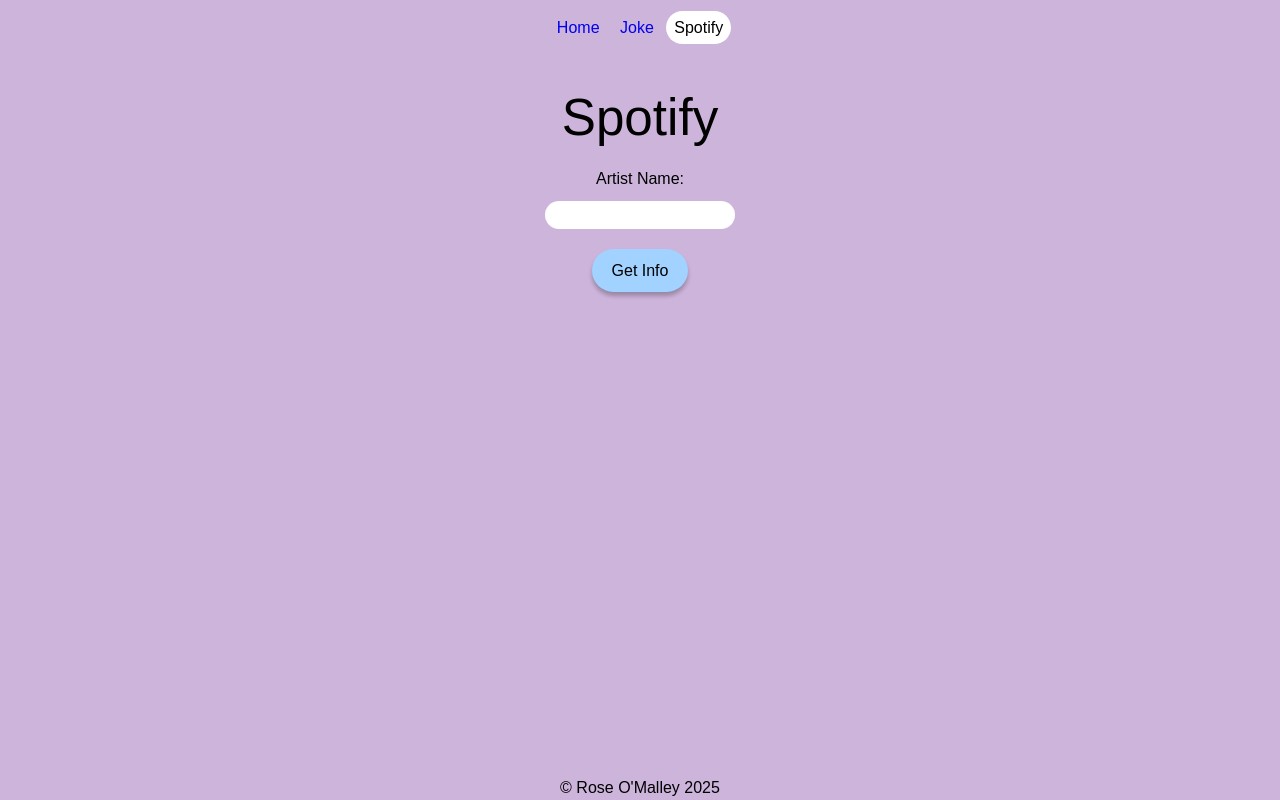
Repository: rosieomusic/spotify-react
Page: /#/spotify
The author's editor kept a copy of each file at every save. The page is drawn from the files as they stood at one save, then again after the next save.
The browser window is 1280 px wide. The pictures show the whole page.
The page's requests for data from a server got no answer. Some web fonts or font styles are not loaded; a fallback is used. The project was rebuilt for these pictures with package versions that can differ from the ones it lists, and the page was loaded fresh each time. No one was signed in, and anything a server would have sent is missing. Settings that the repository does not hold, such as keys and server addresses, were given made-up values. Also part of the build but not shown: vite.config.js, src/pages/HomePage.jsx, src/components/AlbumComponent.jsx, src/services/JokeService.js, src/pages/JokePage.jsx.

Above is the page before, as saved 2025-05-22 14:54:52.

### index.html
<!DOCTYPE html>
<html lang="en">
	<head>
		<meta charset="UTF-8" />

		<meta
			name="viewport"
			content="width=device-width, initial-scale=1.0"
		/>
		<link
			rel="preconnect"
			href="https://fonts.googleapis.com"
		/>
		<link
			rel="preconnect"
			href="https://fonts.gstatic.com"
			crossorigin
		/>
		<link
			href="https://fonts.googleapis.com/css2?family=Jersey+10&display=swap"
			rel="stylesheet"
		/>
		<title>Joke and Spotify API</title>
	</head>
	<body>
		<div id="root"></div>
		<script
			type="module"
			src="/src/main.jsx"
		></script>
	</body>
</html>

### src/index.css
:root {
	font-family: system-ui, Avenir, Helvetica, Arial, sans-serif;
	line-height: 1.5;
	font-weight: 400;
	color: black;
	background-color: white;
	font-synthesis: none;
	text-rendering: optimizeLegibility;
	-webkit-font-smoothing: antialiased;
	-moz-osx-font-smoothing: grayscale;
}

h1 {
	font-size: 3.2em;
	line-height: 1.1;
}

### src/App.jsx
import './App.css';
import { HashRouter, Routes, Route, NavLink } from 'react-router-dom';

import HomePage from './pages/HomePage';
import SpotifyPage from './pages/SpotifyPage';
import JokePage from './pages/JokePage';

function App() {
	return (
		<HashRouter>
			<div id='app-container'>
				<nav>
					<NavLink
						to='/'
						className={({ isActive }) =>
							isActive ? 'nav-link active' : 'nav-link'
						}
					>
						Home
					</NavLink>{' '}
					<NavLink
						to='/joke'
						className={({ isActive }) =>
							isActive ? 'nav-link active' : 'nav-link'
						}
					>
						Joke
					</NavLink>{' '}
					<NavLink
						to='/spotify'
						className={({ isActive }) =>
							isActive ? 'nav-link active' : 'nav-link'
						}
					>
						Spotify
					</NavLink>
				</nav>

				<main>
					<Routes>
						<Route
							path='/'
							element={<HomePage />}
						/>
						<Route
							path='/joke'
							element={<JokePage />}
						/>
						<Route
							path='/spotify'
							element={<SpotifyPage />}
						/>
					</Routes>
				</main>
				<footer>&copy; Rose O'Malley 2025</footer>
			</div>
		</HashRouter>
	);
}

export default App;

### src/App.css
html,
body {
	height: 100%;
	margin: 0;
	padding: 0;
	background-color: #cdb4db;
	box-sizing: border-box;
	font-family: 'Jersey 10', sans-serif;
}
body {
	overflow-x: hidden;
}
#root {
	width: 100%;
	margin: 0 auto;
	display: flex;
	justify-content: center;
	align-items: center;
	text-align: center;
}
.spotify-wrapper {
	width: 100%;
	min-width: 100vw;
	min-height: 100vh;
	background-color: #cdb4db;
	display: flex;
	justify-content: center;
	align-items: flex-start;
}

#app-container {
	display: flex;
	flex-direction: column;
	min-height: 100vh;
	flex-grow: 1;
}
.spotify-page {
	flex-grow: 1;
	height: 100%;
	width: 100%;
	display: flex;
	flex-direction: column;
	align-items: center;
	background-color: #cdb4db;

	padding-bottom: 4rem;
}

button {
	background-color: #a2d2ff;
	border: none;
	margin-top: 20px;
	transition: box-shadow 200ms ease-in-out, transform 200ms ease-in-out;
	box-shadow: 0 4px 4px rgba(0, 0, 0, 0.25);
	font: inherit;
	cursor: pointer;
	outline: none;
	transition: border-color 0.25s;
	transform: scale(1);
	display: inline-block;
	transform-origin: center;
	padding: 0.6em 1.2em;
	font-size: 1em;
	font-weight: 500;
	border-radius: 30px;
}
button:focus {
	border: none;
	outline: none;
}
button:hover {
	transform: scale(1.05);
	box-shadow: 0 2x 2px rgba(0, 0, 0, 0.25);
}
h1,
p {
	font-weight: 100;
	justify-self: center;
	text-align: center;
	align-self: center;
	margin-bottom: 20px;
	text-wrap: wrap;
}
li {
	list-style-type: none;
}
h2 {
	text-align: center;
	padding-left: 1em;
	padding-right: 1em;
}
p {
	font-size: 22px;
}

nav {
	text-align: center;
	margin-top: 1rem;
}

.info {
	text-align: left;
	font-size: 40px;
	line-height: normal;
}
.bandImg {
	max-width: 400px;
	border-radius: 70%;
	padding: 1em;
}

.albumImg {
	width: 100%;
	max-width: 90%;
	display: grid;
	justify-self: center;
}
a {
	text-decoration: none;
	color: #d9ed92
	background-color: #a2d2ff;
	border-radius: 30px;
	padding: 0.5em;
}
.link {
	background-color: #cdb4db;
}
.nav-link.active {
	text-decoration: none;
	background-color: white;
	color: black;
}
.nav-link:hover {
	text-decoration: none;
	color: #a2d2ff;
	background-color: black;
}
main {
	display: flex;
	flex-direction: column;
	justify-content: center;
	align-items: center;
	text-align: center;
	height: 100%;
	box-sizing: border-box;
	margin-bottom: 0;
	padding-top: 1rem;
}
input {
	margin-top: 10px;
	border: none;
	padding: 0.5em;
	border-radius: 30px;
}
input:focus {
	border: none;
	outline: none;
}
footer {
	background-color: #cdb4db;
}
ol {
	display: flex;
	flex-direction: column;
	justify-self: center;
	align-self: center;
	text-align: center;
	padding-inline-start: 0;
}

### src/pages/SpotifyPage.jsx
import React from 'react';
import { useState, useEffect } from 'react';
import SpotifyService from '../services/SpotifyService.js';
import AlbumComponent from '../components/AlbumComponent.jsx';

export default function SpotifyPage() {
	const [token, setToken] = useState('');
	const [artistName, setArtistName] = useState('');
	const [artist, setArtist] = useState('');
	const [albums, setAlbums] = useState('');
	const [track, setTracks] = useState('');

	function handleChange(event) {
		setArtistName(event.target.value);
	}

	function getArtistInfo() {
		SpotifyService.getArtist(artistName, token).then((response) => {
			//console.log(response);
			setArtist(response.data.artists.items[0]);
		});
	}
	function getAlbumInfo() {
		SpotifyService.getAlbums(artist.id, token).then((response) => {
			//console.log(response);
			setAlbums(response.data.items);
		});
	}
	function getTopTracks() {
		SpotifyService.getTopTracks(artist.id, token).then((response) => {
			console.log(response);
			setTracks(response.data.tracks);
		});
	}
	function handleKeyPress(event) {
		if (event.key === 'Enter') {
			SpotifyService.getArtist(artistName, token).then((response) => {
				console.log(response);
				setArtist(response.data.artists.items[0]);
			});
		}
	}

	function getAuthToken() {
		SpotifyService.getAuthToken().then((response) => {
			setToken(response.access_token);
		});
	}
	useEffect(() => {
		getAuthToken();
	}, []);
	return (
		<div className='spotify-wrapper'>
			<div className='spotify-page'>
				<h1>Spotify</h1>
				<label htmlFor='artistName'>Artist Name:</label>
				<input
					type='text'
					value={artistName}
					onChange={handleChange}
					onKeyDown={handleKeyPress}
				/>
				<button onClick={getArtistInfo}>Get Info</button>
				<div id='artist'>
					{artist && (
						<div id='info'>
							{artist.images && artist.images.length > 0 && (
								<a
									className='link'
									href={artist.uri}
									target='_blank'
									rel='noopener noreferrer'
								>
									<img
										className='bandImg'
										src={artist.images[0].url}
										alt={`${artist.name} Img`}
									/>
								</a>
							)}
							<ul>
								<li className='info'>Popularity: {artist.popularity}</li>
								<li className='info'>{artist.name}</li>
								<li className='info'>Followers: {artist.followers.total}</li>
								<li>{artist.tracks}</li>
								{artist.genres && artist.genres.length > 0 && (
									<li className='info'>Genres: {artist.genres + ' '} </li>
								)}
							</ul>

							<div>
								<button onClick={getTopTracks}>Get Top Tracks</button>
							</div>
							{track && track.length > 0 && (
								<div className='top-tracks'>
									<h3>Top Tracks</h3>
									<ol>
										{track.map((t) => (
											<li key={t.id}>
												{t.name}
												{t.preview_url && (
													<div>
														<audio
															controls
															src={t.preview_url}
														>
															Your browser does not support the audio element.
														</audio>
													</div>
												)}
											</li>
										))}
									</ol>
								</div>
							)}

							<div className='albums'>
								<button onClick={getAlbumInfo}>Get Albums</button>
								{albums && <AlbumComponent albums={albums} />}
							</div>
						</div>
					)}
				</div>
			</div>
		</div>
	);
}

### src/services/SpotifyService.js
import axios from 'axios';

const client_id = import.meta.env.VITE_SPOTIFY_ID;
const client_secret = import.meta.env.VITE_SPOTIFY_SECRET;
const auth_token = btoa(`${client_id}:${client_secret}`);

export default {
	getAuthToken() {
		return axios
			.post(
				'https://accounts.spotify.com/api/token',
				new URLSearchParams({
					grant_type: 'client_credentials',
				}).toString(),
				{
					headers: {
						'Content-Type': 'application/x-www-form-urlencoded',
						Authorization: 'Basic ' + auth_token,
					},
				}
			)
			.then((response) => response.data);
	},

	getArtist(artistName, token) {
		return axios.get(
			`https://api.spotify.com/v1/search?q=${artistName}&type=artist`,
			{
				headers: { Authorization: 'Bearer ' + token },
			}
		);
	},

	getAlbums(artistId, token) {
		return axios.get(`https://api.spotify.com/v1/artists/${artistId}/albums`, {
			headers: { Authorization: 'Bearer ' + token },
		});
	},
	getTopTracks(artistId, token) {
		return axios.get(
			`https://api.spotify.com/v1/artists/${artistId}/top-tracks?market=US`,
			{
				headers: { Authorization: 'Bearer ' + token },
			}
		);
	},
};

Loaded but not shown: src/main.jsx (common file)

After the next save:
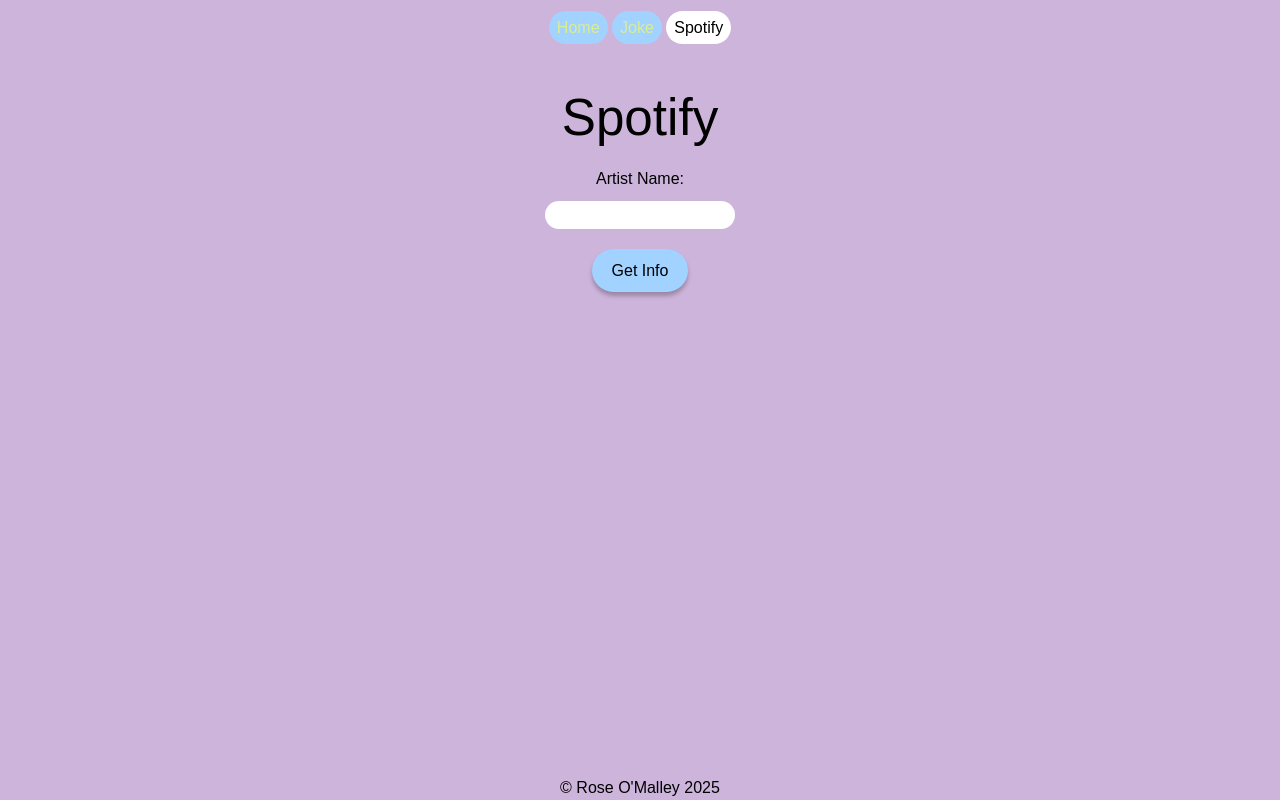
Saved 10 s later.
--- a/src/App.css
+++ b/src/App.css
@@ -117,7 +117,7 @@ nav {
 }
 a {
 	text-decoration: none;
-	color: #d9ed92
+	color: #d9ed92;
 	background-color: #a2d2ff;
 	border-radius: 30px;
 	padding: 0.5em;
